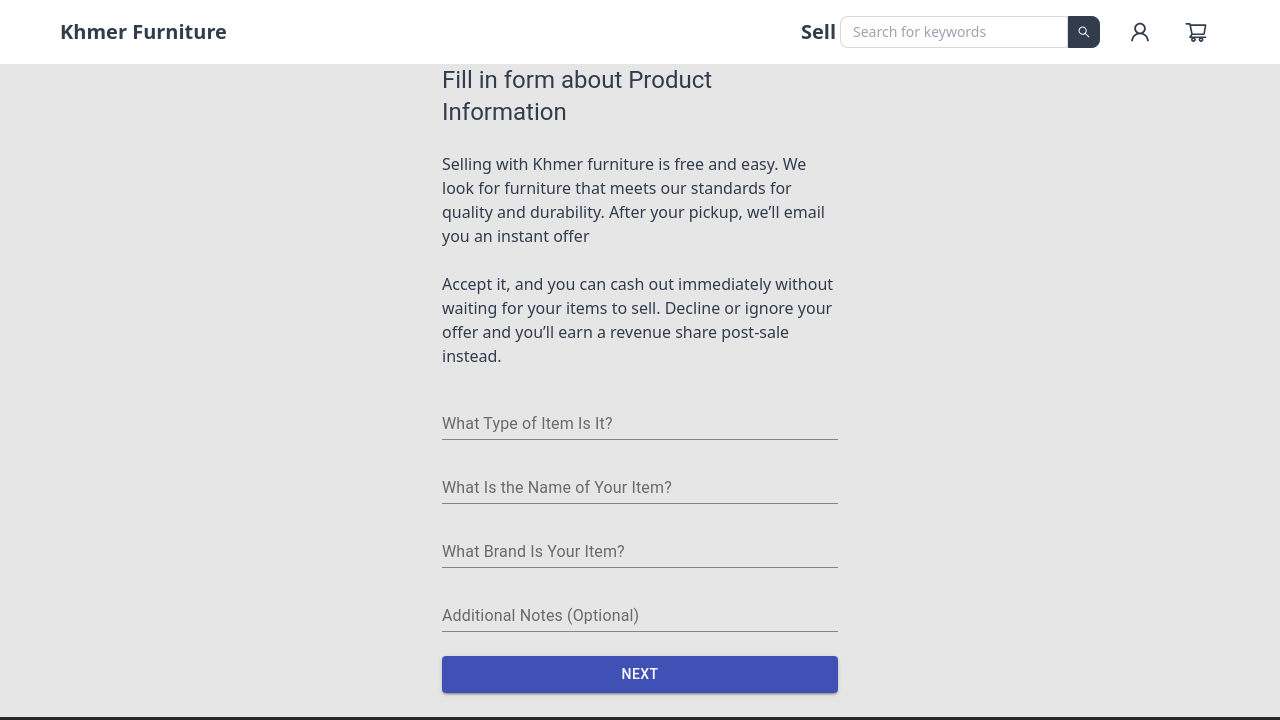
Repository: PlayerNguyen/dotot-shop
Page: /sell (app in client/)
These files come from the project's save history. The page is drawn as it stood at one moment and after the next save; the edit follows.
The browser window is 1280 px wide. The pictures show the whole page.
An inner scrolling area shows only its first screen. The project was rebuilt for these pictures with package versions that can differ from the ones it lists, and the page was loaded fresh each time. Also part of the build but not shown: client/src/components/NoMatch/NoMatch.jsx, client/src/components/Sell/UserDetails.js, client/src/components/Sell/Confirmation.js, client/src/components/Sell/Success.js.

Above is the page before, as saved 2022-12-08 12:38:13.

After the next save:
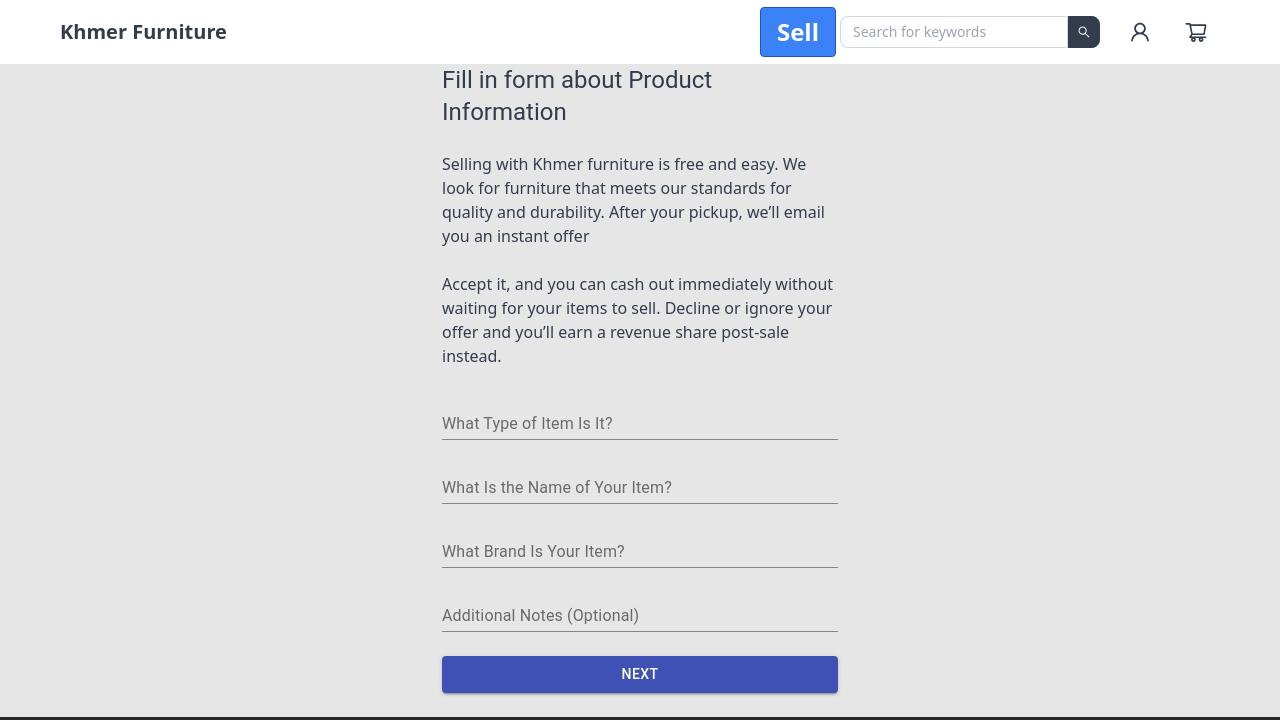
Saved 77 s later.
--- a/client/src/components/Navbar/Navbar.jsx
+++ b/client/src/components/Navbar/Navbar.jsx
@@ -35,7 +35,7 @@ export default function Navbar() {
       {/* Wide screen  */}
       <div className="hidden lg:flex flex-row gap-1 text-2xl">
       <Link to="/sell">
-          <h1 className="text-xl font-bold ">Sell </h1>
+          <h1 className="bg-blue-500 hover:bg-blue-700 text-white font-bold py-2 px-4 border border-blue-700 rounded">Sell </h1>
           <span></span>
         </Link>
         {/* Search group */}
